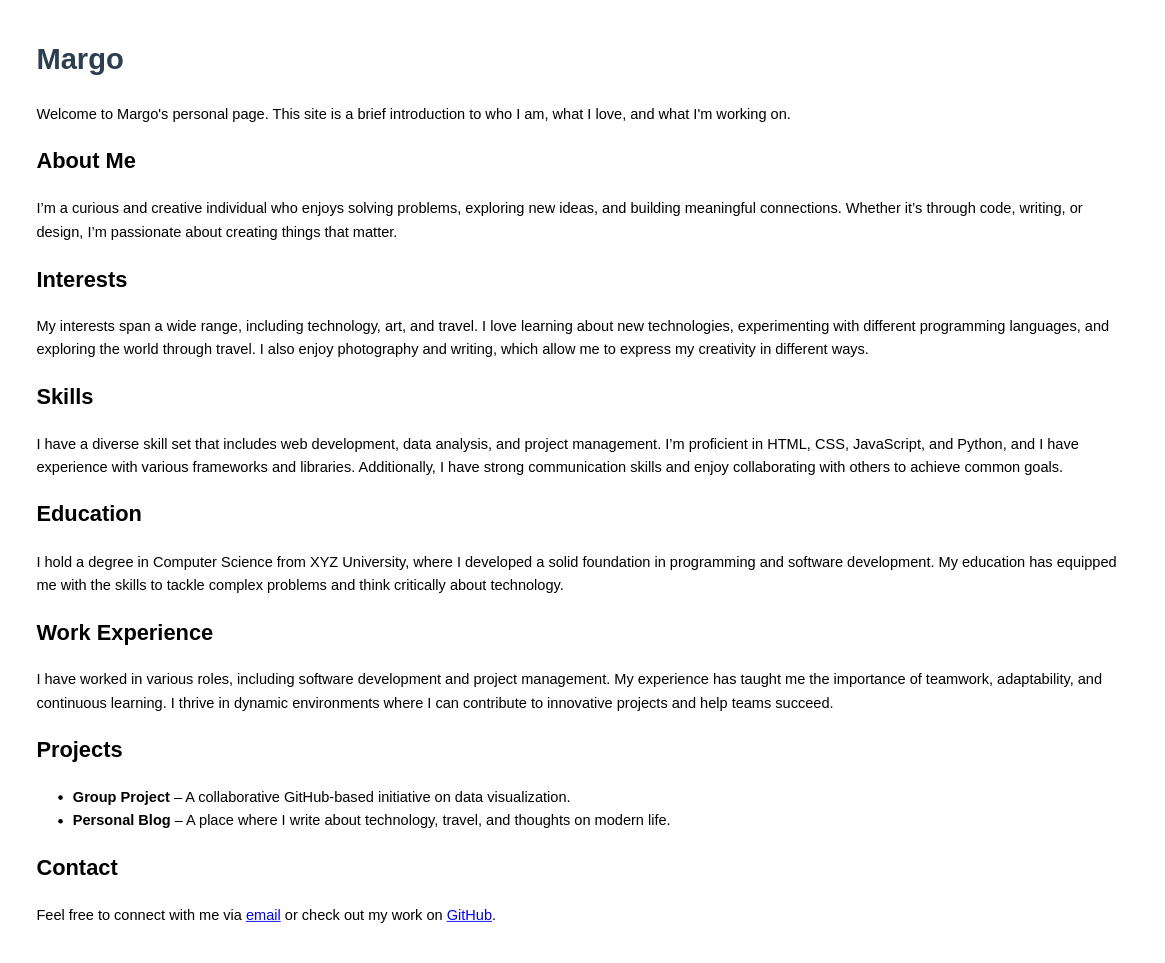
Repository: margo-m-chen/group_project
Page: my_file.html
An editor plug-in stored every save of this project. The page is shown before and after the next save, followed by the edit.
The browser window is 1280 px wide. The pictures show the whole page, at 91% of full size.

Above is the page before, as saved 2025-07-18 13:50:41.

### my_file.html
<!DOCTYPE html>
<html lang="en">

<head>
    <meta charset="UTF-8">
    <title>Margo</title>
    <style>
        body {
            font-family: Arial, sans-serif;
            margin: 40px;
            line-height: 1.6;

        }

        h1 {
            color: #2c3e50;
        }
    </style>
</head>

<body>
    <h1>Margo</h1>
    <p>
        Welcome to Margo's personal page. This site is a brief introduction to who I am, what I love, and what I'm
        working on.
    </p>
    <h2>About Me</h2>
    <p>
        I’m a curious and creative individual who enjoys solving problems, exploring new ideas, and building meaningful
        connections.
        Whether it’s through code, writing, or design, I’m passionate about creating things that matter.
    </p>
    <h2>Interests</h2>
    <p>
        My interests span a wide range, including technology, art, and travel. I love learning about new technologies,
        experimenting with different programming languages, and exploring the world through travel.
        I also enjoy photography and writing, which allow me to express my creativity in different ways.
    </p>
    <h2>Skills</h2>
    <p>
        I have a diverse skill set that includes web development, data analysis, and project management. I’m proficient
        in
        HTML, CSS, JavaScript, and Python, and I have experience with various frameworks and libraries.
        Additionally, I have strong communication skills and enjoy collaborating with others to achieve common goals.

    </p>

    <h2>Education</h2>

    <p>
        I hold a degree in Computer Science from XYZ University, where I developed a solid foundation in programming and
        software development.
        My education has equipped me with the skills to tackle complex problems and think critically about technology.
    </p>


    <h2>Work Experience</h2>
    <p>
        I have worked in various roles, including software development and project management. My experience has taught
        me the importance of teamwork, adaptability, and continuous learning.
        I thrive in dynamic environments where I can contribute to innovative projects and help teams succeed.
    </p>


    <h2>Projects</h2>
    <ul>
        <li><strong>Group Project</strong> – A collaborative GitHub-based initiative on data visualization.</li>
        <li><strong>Personal Blog</strong> – A place where I write about technology, travel, and thoughts on modern
            life.</li>
    </ul>
    <h2>Contact</h2>
    <p>
        Feel free to connect with me via <a href="mailto:margo.m.chen@hsbc.com.cn">email</a> or check out my work on <a
            href="https://github.com/margo-m-chen" target="_blank">GitHub</a>.
    </p>
</body>

</html>

After the next save:
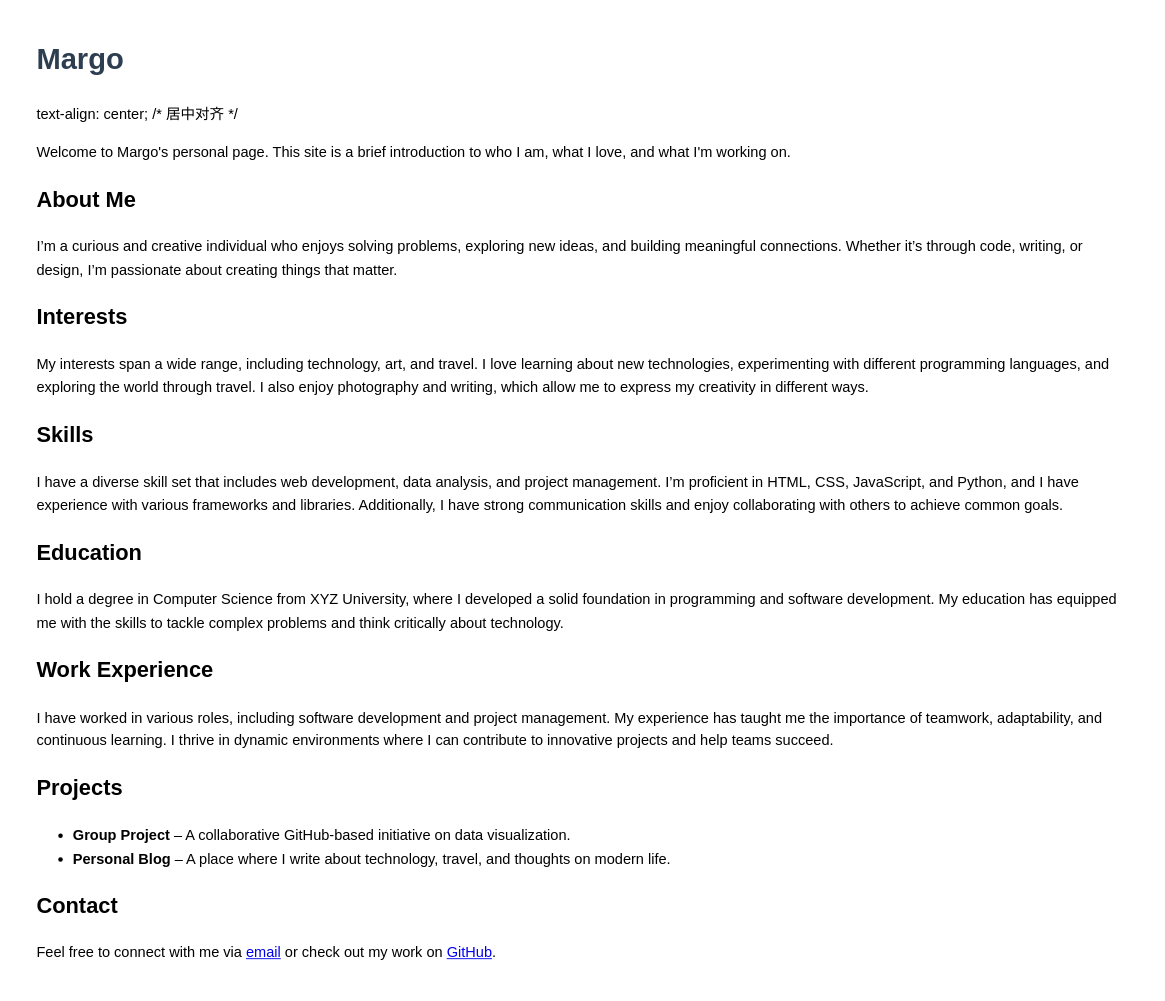
Saved 45 s later.
--- a/my_file.html
+++ b/my_file.html
@@ -20,6 +20,7 @@
 
 <body>
     <h1>Margo</h1>
+    text-align: center; /* 居中对齐 */
     <p>
         Welcome to Margo's personal page. This site is a brief introduction to who I am, what I love, and what I'm
         working on.

After the save that followed:
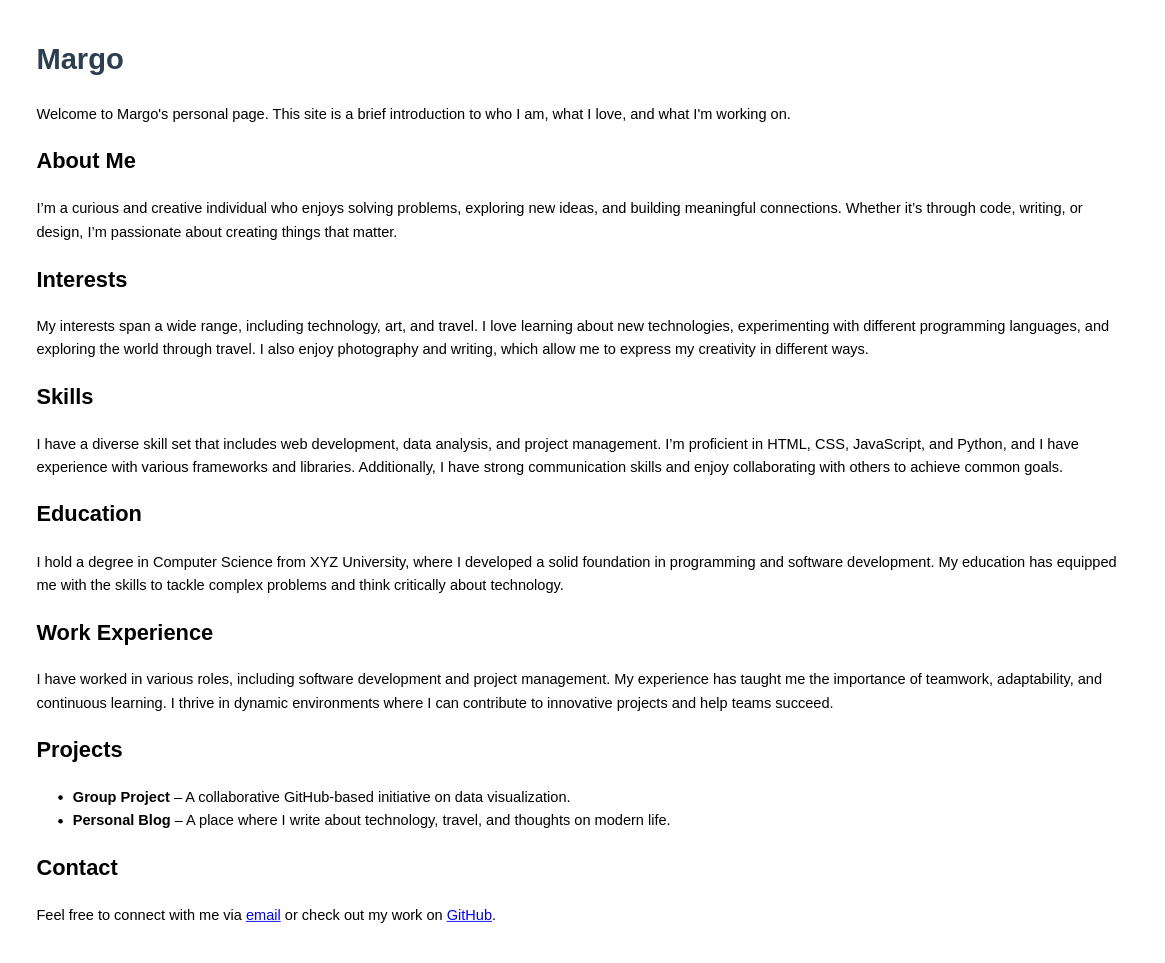
Saved 28 s later.
--- a/my_file.html
+++ b/my_file.html
@@ -19,8 +19,8 @@
 </head>
 
 <body>
-    <h1>Margo</h1>
-    text-align: center; /* 居中对齐 */
+    <h1>Margo</h1 style="center">
+
     <p>
         Welcome to Margo's personal page. This site is a brief introduction to who I am, what I love, and what I'm
         working on.
